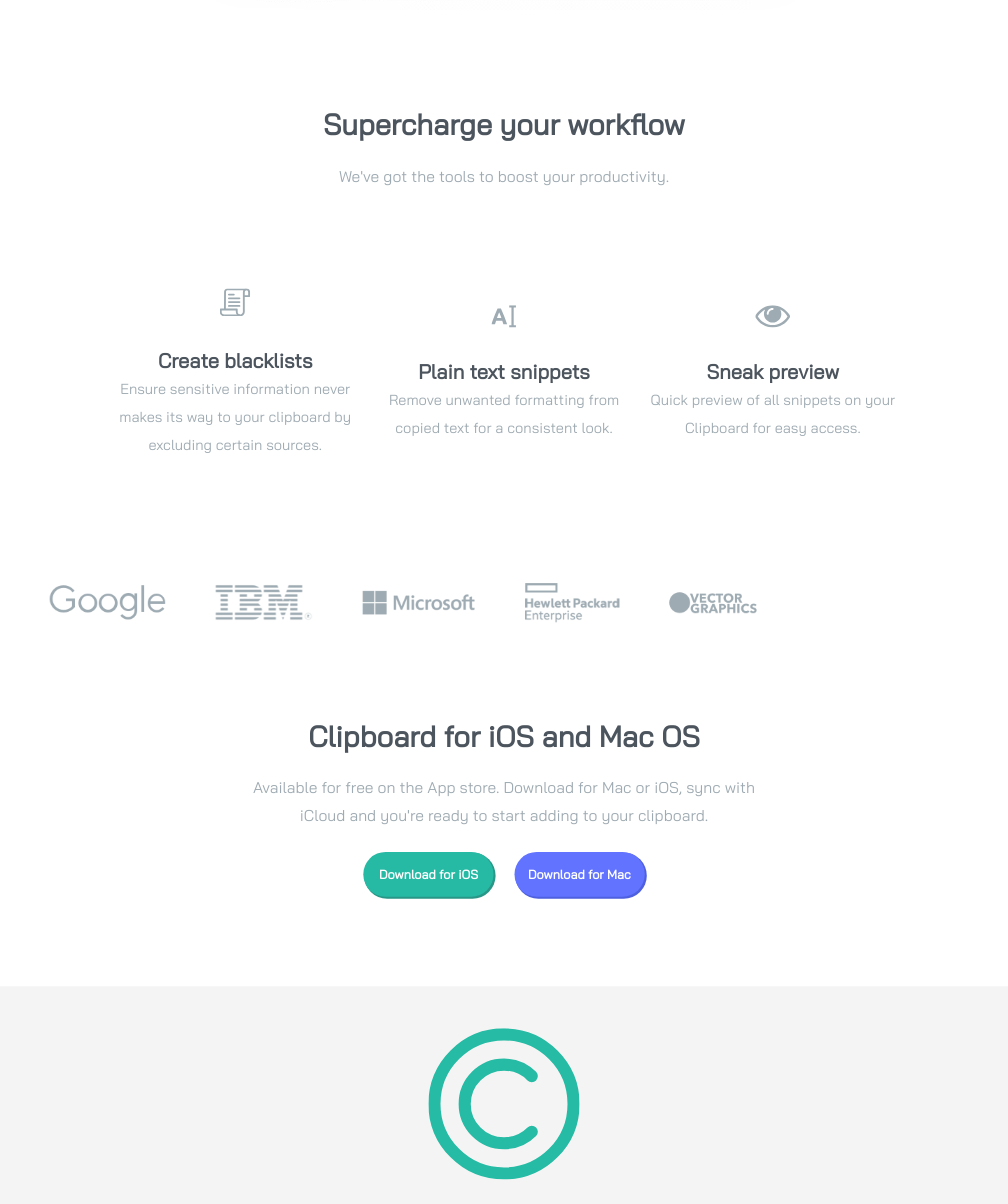
Repository: mikempho/Clipboard-landing-page
Page: index.html
An editor plug-in stored every save of this project. The page is shown before and after the next save, followed by the edit.
The browser window is 1440 px wide. The pictures show the part of the page from y = 2570 to 4290 px (the page is 4804 px tall), at 70% of full size.

Above is the page before, as saved 2022-04-12 08:45:26.

After the next save:
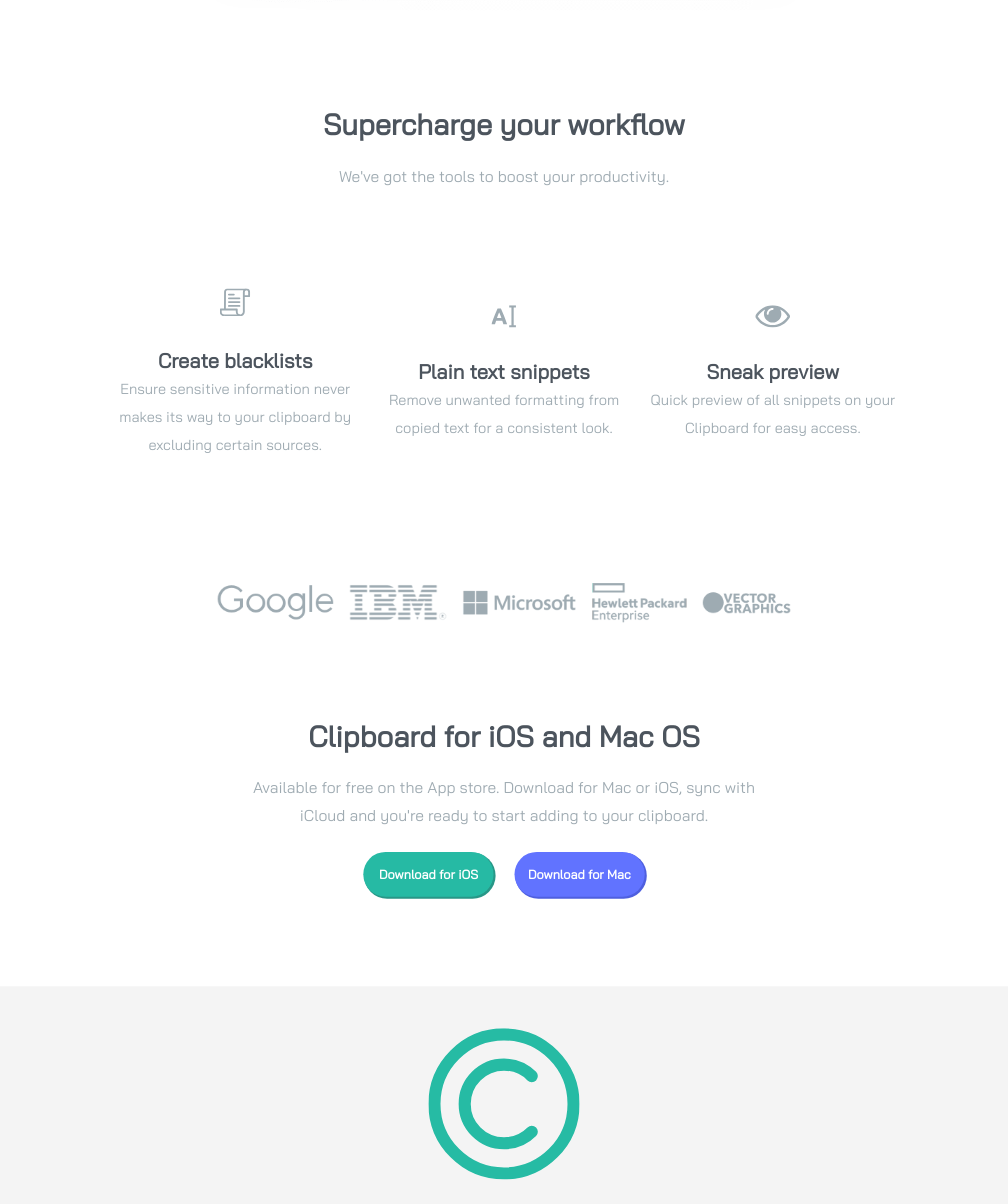
Saved 18 s later.
--- a/css/style.css
+++ b/css/style.css
@@ -279,7 +279,7 @@
 
     /* section-4 */
     .section-4 {
-        width: 80%;
+        padding: 0 20%;
     }
     .section-4 ul {
         display: flex;
